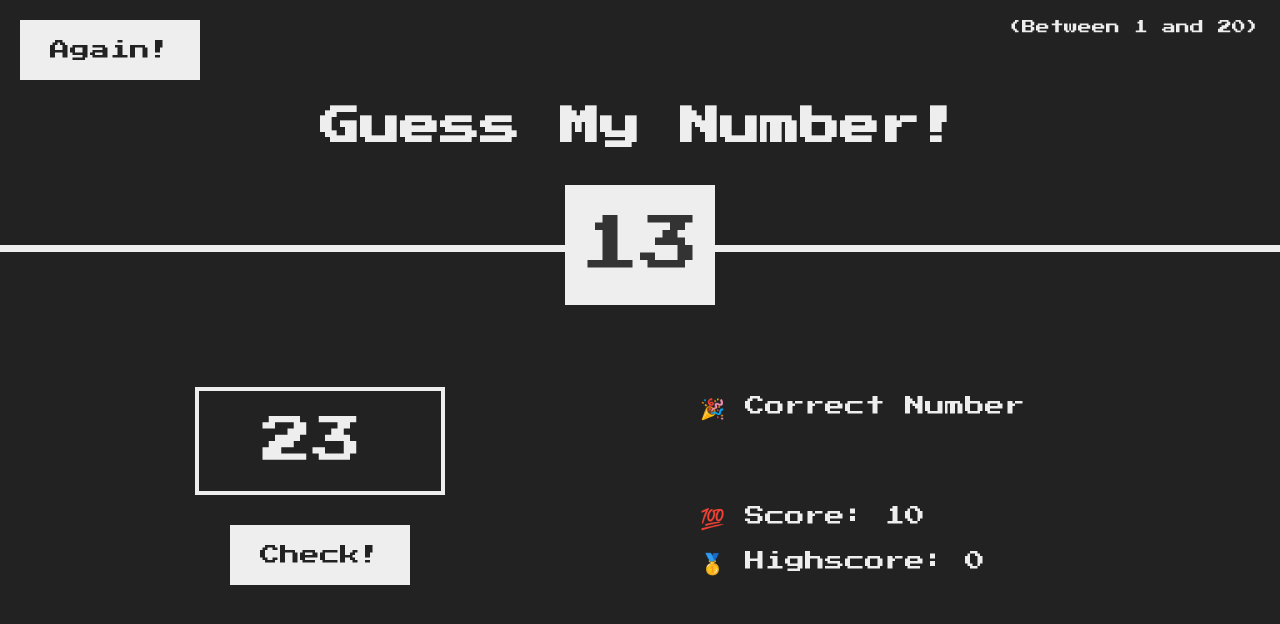
Repository: Samkiroko/guess-my-number
Page: index.html
The author's editor kept a copy of each file at every save. The page is drawn from the files as they stood at one save, then again after the next save.
The browser window is 1280 px wide. The pictures show the whole page.

Above is the page before, as saved 2021-02-18 12:48:13.

After the next save:
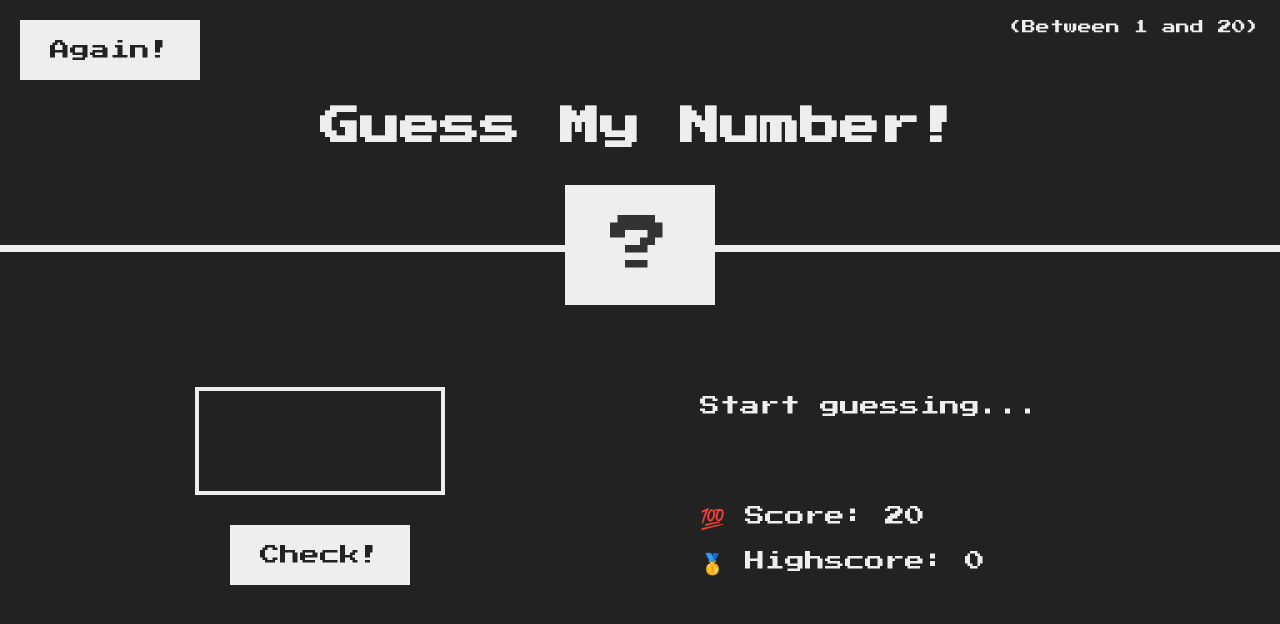
Saved 2 h 25 min later.
--- a/script.js
+++ b/script.js
@@ -1,5 +1,5 @@
 'use strict';
-
+/*
 console.log(document.querySelector('.message').textContent);
 document.querySelector('.message').textContent = '🎉 Correct Number';
 
@@ -8,3 +8,8 @@ document.querySelector('.score').textContent = 10;
 
 document.querySelector('.guess').value = 23;
 console.log(document.querySelector('.guess').value);
+*/
+
+document.querySelector('.check').addEventListener('click', () => {
+  console.log(document.querySelector('.guess').value);
+});
